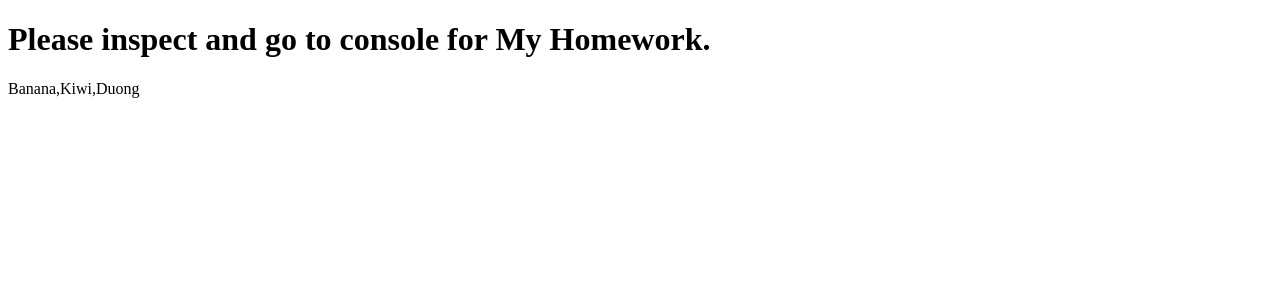
Repository: brightwhitesnow/brightwhitesnow.github.io
Page: Weba/lesson2/homeworkfiles/index.html
The author's editor kept a copy of each file at every save. The page is drawn from the files as they stood at one save, then again after the next save.
The browser window is 1280 px wide. The pictures show the whole page.

Above is the page before, as saved 2021-04-18 10:37:54.

### Weba/lesson2/homeworkfiles/index.html
<!DOCTYPE html>
<html lang="en">
<head>
    <meta charset="UTF-8">
    <meta http-equiv="X-UA-Compatible" content="IE=edge">
    <meta name="viewport" content="width=device-width, initial-scale=1.0">
    <title>Document</title>
</head>
<body>

<h1>Please inspect and go to console for My Homework.</h1>

<p id="demo"></p>

<script src="./script.js"></script>
</body>
</html>

### Weba/lesson2/homeworkfiles/script.js
console.log('Bài 1')

for (let b = 0; b <= 100; b = b + 7) {
    console.log(b)
}

console.log('Bài 2')

let i = 1;
let j = 1;
if (i === 1) {
    console.log('Monday')
    i++
}
if (j === 1) {
    console.log('Brush My Teeth')
    console.log('Eat')
    console.log('Go to School')
    j++
}
if (i === 2) {
    console.log('Tuesday')
    i++
}
if (j === 2) {
    console.log('Brush My Teeth')
    console.log('Eat')
    console.log('Go to School')
    j++
}
if (i === 3) {
    console.log('Wednesday')
    i++
}
if (j === 3) {
    console.log('Brush My Teeth')
    console.log('Eat')
    console.log('Go to School')
    j++
}
if (i === 4) {
    console.log('Thursday')
    i++
}
if (j === 4) {
    console.log('Brush My Teeth')
    console.log('Eat')
    console.log('Go to School')
    j++
}
if (i === 5) {
    console.log('Friday')
    i++
}
if (j === 5) {
    console.log('Brush My Teeth')
    console.log('Eat')
    console.log('Go to School')
    j++
}

console.log('Bài 3')

for (let z = 50; z <= 70; z++) {
    console.log('Hello Duong ' + z)
}

console.log('Bai 2 Again')

let bai2 = (thu, name) => {
    console.log(thu)
    console.log('Wake Up!')
    console.log('Brush My teeth')
    console.log(name + ', Eat')
}
bai2('Monday', 'Ben')
bai2('Tuesday', 'Ben')
bai2('Wednesday', 'Ben')
bai2('Thursday', 'Ben')
bai2('Friday', 'Ben')













let z = 7
let y = 5


if (y == 0) {
    console.log('Error')
}

if (z == 0) {
    console.log('Error')
}


console.log('Addition')

let a = (y, z) => {
    console.log(y + z)
}

console.log('Multiplication')

let m = (y, z) => {
    console.log(y * z)
}

console.log('Subtraction')

let s = (y, z) => {
    console.log(y - z)
}

console.log('Division')

let d = (y, z) => {
    console.log(y / z)
}





//var arr1 = ["Banana", "Apple", "Orange", "Tangerine", "Plum", "Grapefruit", "Mango"];
//arr1.slice(0)
//var myChildren = arr1.concat("Peach");
//document.getElementById("demo").innerHTML = arr1;

var fruits = ["Banana", "Orange", "Lemon", "Apple", "Mango", ];
var citrus = fruits.slice(0, 1, 2, 3, 4);
citrus.push("Kiwi");
citrus[2] = "Duong";
//array-name.pop();
document.getElementById("demo").innerHTML = citrus ;

After the next save:
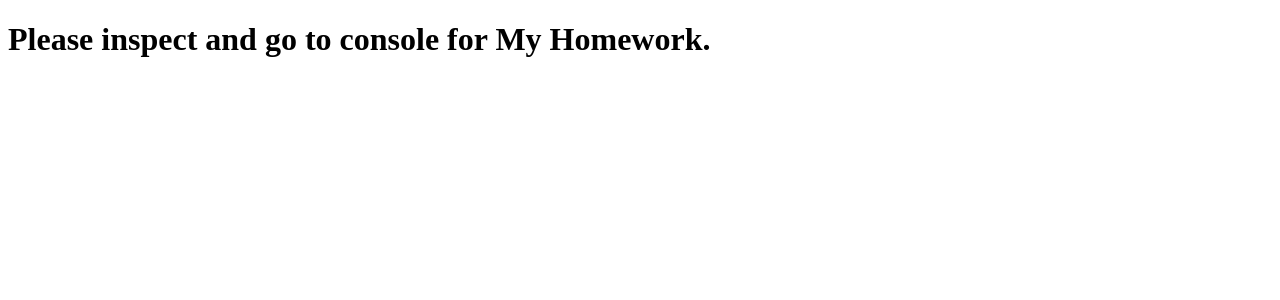
Console error: ReferenceError: citrus is not defined
Saved 8 s later.
--- a/Weba/lesson2/homeworkfiles/script.js
+++ b/Weba/lesson2/homeworkfiles/script.js
@@ -138,7 +138,6 @@
 //document.getElementById("demo").innerHTML = arr1;
 
 var fruits = ["Banana", "Orange", "Lemon", "Apple", "Mango", ];
-var citrus = fruits.slice(0, 1, 2, 3, 4);
 citrus.push("Kiwi");
 citrus[2] = "Duong";
 //array-name.pop();

After the 3 saves that followed:
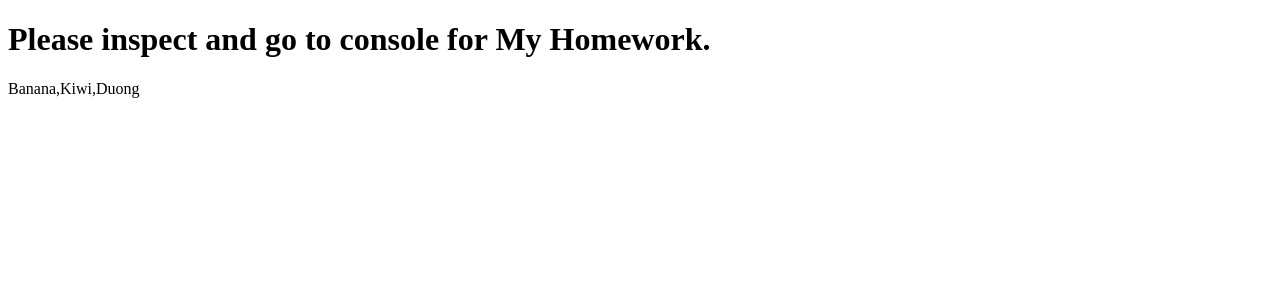
The error is gone.
The 3 saves are shown as one change because 2 left the picture as it was.
The last was saved 39 s later.
--- a/Weba/lesson2/homeworkfiles/script.js
+++ b/Weba/lesson2/homeworkfiles/script.js
@@ -138,6 +138,7 @@
 //document.getElementById("demo").innerHTML = arr1;
 
 var fruits = ["Banana", "Orange", "Lemon", "Apple", "Mango", ];
+var citrus = fruits.slice(0, 1, 2, 3, 4);
 citrus.push("Kiwi");
 citrus[2] = "Duong";
 //array-name.pop();
